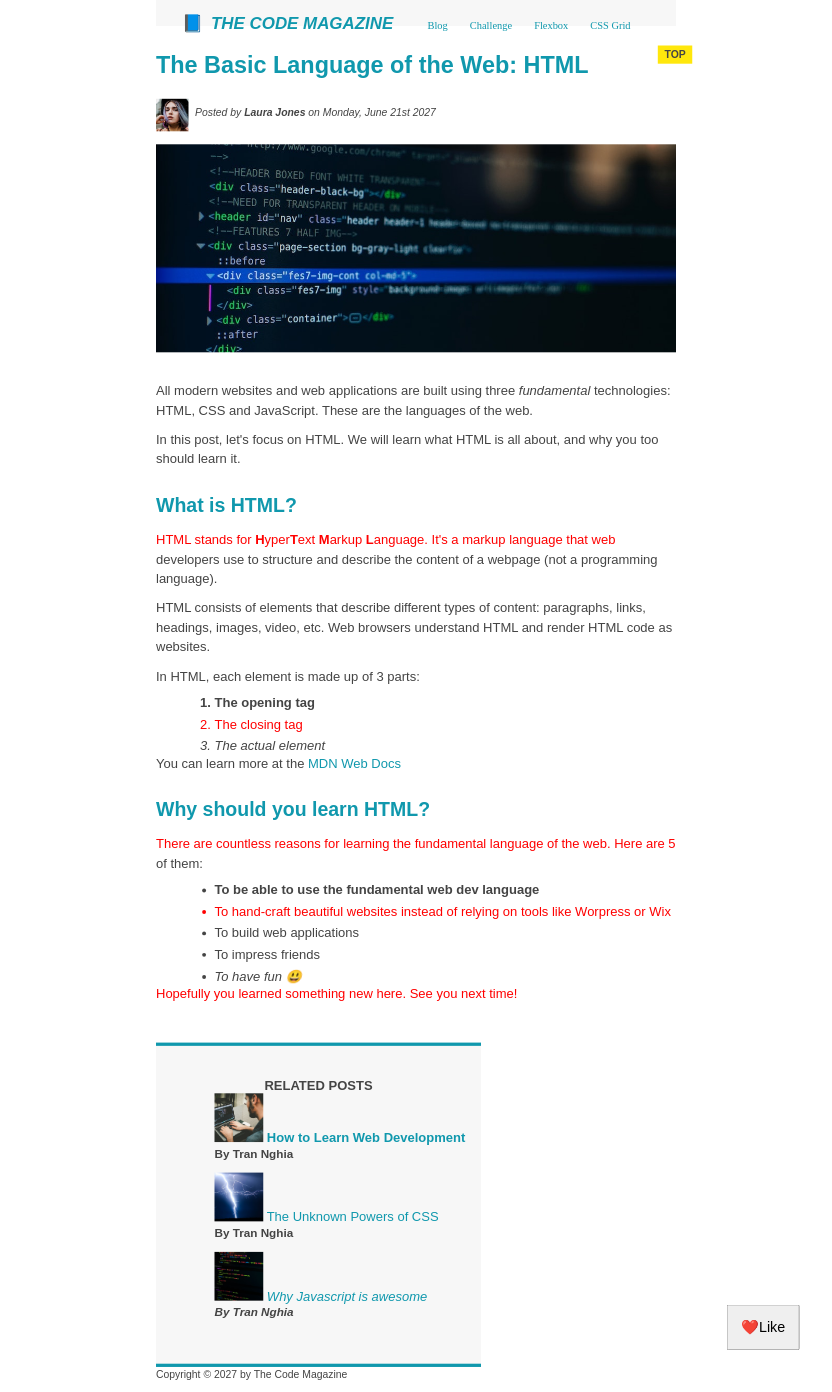
Repository: nghiakma/HTML-CSS-Fundamental
Page: HTML/index.html
The author's editor kept a copy of each file at every save. The page is drawn from the files as they stood at one save, then again after the next save.
The browser window is 1280 px wide. The pictures show the whole page, at 65% of full size.

Above is the page before, as saved 2023-08-22 15:39:29.

### HTML/index.html
<!DOCTYPE html>
<html lang="en">

<head>
  <meta charset="UTF-8">
  <meta name="viewport" content="width=device-width, initial-scale=1.0">
  <title>The Basic Language of the web: HTML</title>
  <link rel="stylesheet" href="/CSS/index.css">
  <link rel="stylesheet" href="/CSS/layout.css">
</head>

<body>

  <div class="container">
    <header class="main-header">
      <h1>📘 The Code Magazine</h1>
      <nav>
        <a href="#">Blog</a>
        <a href="#">Challenge</a>
        <a href="#">Flexbox</a>
        <a href="#">CSS Grid</a>
      </nav>
    </header>

    <article>
      <header class="post-header">
        <h2>The Basic Language of the Web: HTML</h2>
        <img class="author-img" src="./laura-jones.jpg" alt="Headshot of Laura Jones" height="50" width="50">
        <p id="author" class="author">
          Posted by <strong>Laura Jones</strong> on Monday, June 21st 2027</p>
        <img class="post-img" src="./post-img.jpg" alt="HTML code on a screen" width="500" height="200">
      </header>
      <p>
        All modern websites and web applications are built using three <em>fundamental</em> technologies: HTML, CSS and
        JavaScript.
        These are the languages of the web.
      </p>
      <p>
        In this post, let's focus on HTML. We will learn what HTML is all about, and why you too should learn it.
      </p>
      <h3>What is HTML?</h3>
      <p>
        HTML stands for <strong>H</strong>yper<strong>T</strong>ext <strong>M</strong>arkup <strong>L</strong>anguage.
        It's
        a markup language that web developers use to structure and describe
        the content of a webpage (not a programming language).
      </p>
      <p>
        HTML consists of elements that describe different types of content: paragraphs, links, headings, images, video,
        etc.
        Web browsers understand HTML and render HTML code as websites.
      </p>
      <p>In HTML, each element is made up of 3 parts:</p>
      <ol>
        <li>The opening tag</li>
        <li>The closing tag</li>
        <li>The actual element</li>
      </ol>
      <p>You can learn more at the <a href="https://developer.mozilla.org/en-US/docs/Web/HTML" target="_blank">MDN Web
          Docs</a></p>
      <h3>Why should you learn HTML?</h3>
      <p>There are countless reasons for learning the fundamental language of the web. Here are 5 of them:</p>
      <ul>
        <li>To be able to use the fundamental web dev language</li>
        <li>To hand-craft beautiful websites instead of relying on tools like Worpress or Wix</li>
        <li>To build web applications</li>
        <li>To impress friends</li>
        <li>To have fun 😃</li>
      </ul>
      <p>Hopefully you learned something new here. See you next time!</p>
    </article>

    <!--Thuong duoc su dung de bo sung thong tin cho trang chinh
  Xác định nội dung nằm bên cạnh nội dung của trang-->
    <aside>
      <h4>Related posts</h4>

      <ul class="related">
        <li>
          <img src="./related-1.jpg" alt="Person programming" width="75" height="75">
          <a href="#">How to Learn Web Development</a>
          <p class="related-author">By Tran Nghia</p>
        </li>
        <li>
          <img src="./related-2.jpg" alt="Powers" width="75" height="75">
          <a href="#">The Unknown Powers of CSS</a>
          <p class="related-author">By Tran Nghia</p>
        </li>
        <li>
          <img src="./related-3.jpg" alt="Javascript" width="75" height="75">
          <a href="#">Why Javascript is awesome</a>
          <p class="related-author">By Tran Nghia</p>
        </li>
      </ul>
    </aside>

    <footer>
      <p id="copyright">Copyright &copy; 2027 by The Code Magazine</p>
    </footer>
  </div>

  <button>❤️Like</button>
</body>

</html>

### CSS/index.css
* {
  box-sizing: border-box;
  margin: 0;
}
body {
  position: relative;
}
h1,
h2,
h3,
h4,
p,
li {
  font-family: sans-serif;
  color: #444;
}
h1,
h2,
h3 {
  color: #1098ad;
}
h1 {
  font-size: 26px;
  text-transform: uppercase;
  font-style: italic;
}
h1::first-letter {
  font-style: normal;
  margin-right: 5px;
}
h2::after {
  content: "TOP";
  background-color: #ffe70c;
  color: #444;
  font-size: 16px;
  font-weight: bold;
  display: inline-block;
  padding: 5px 10px;
  position: absolute;
  top: -10px;
  right: -25px;
}

h2 {
  font-size: 36px;
  margin-bottom: 30px;

  position: relative;
}
h2::first-letter {
  /* font-size: 80px; */
}
h3 {
  font-size: 30px;
  margin-bottom: 20px;
  margin-top: 40px;
}
h4 {
  font-size: 20px;
  text-transform: uppercase;
  text-align: center;
}
p {
  font-size: 20px;
  line-height: 1.5;
  margin-bottom: 15px;
}
/*Lay thang lien ke h3*/
h3 + p::first-line {
  color: red;
}
ul,
ol {
  margin-left: 50px;
}
li {
  font-size: 20px;
  margin-bottom: 10px;
}
li:last-child {
  margin-bottom: 0;
}
/* footer p {
  font-size: 16px;
} */
/* article header p {
  font-style: italic;
} */

#author {
  font-style: italic;
  font-size: 16px;
}
#copyright {
  font-size: 16px;
}
.related-author {
  font-size: 18px;
  font-weight: bold;
}
.related {
  list-style: none;
}
/*Le trai va phai giong nhau: tinh toan tu dong boi trinh duyet*/
.container {
  width: 800px;
  /* margin-left: auto;
  margin-right: auto; */
  margin: 0 auto;
}
.main-header {
  background-color: #f7f7f7;
  /* padding: 20px;
  padding-left: 20px;
  padding-right: 40px; */
  padding: 20px 40px;
  margin-bottom: 40px;
}
article {
  margin-bottom: 60px;
}
.post-header {
  margin-bottom: 40px;
}
/*dung height: auto ; dua ti le khung hinh ve nhu ban dau*/
.post-img {
  width: 100%;
  height: auto;
}
aside {
  background-color: #f7f7f7;
  border-top: 5px solid #1098ad;
  border-bottom: 5px solid #1098ad;
  padding: 50px 0;
  width: 500px;
}
li:first-child {
  font-weight: bold;
}
li:last-child {
  font-style: italic;
}
li:nth-child(2) {
  color: red;
}
article p:last-child {
  color: red;
}
a:link {
  color: #1098ad;
  text-decoration: none;
}
a:visited {
  color: #1098ad;
}
a:hover {
  color: orangered;
  font-weight: bold;
  text-decoration: underline orangered;
}
a:active {
  background-color: black;
  font-style: italic;
}
nav {
  font-size: 16px;
  text-align: center;
}
nav a:link {
  /* background-color: orangered;
  margin: 20px;
  padding: 20px;
  display: block; */
  margin-right: 30px;
  margin-top: 10px;
  display: inline-block;
}
button {
  font-size: 22px;
  padding: 20px;
  cursor: pointer;
  position: absolute;
  /* top: 0;
  left: 0; */
  /* bottom: 0;
  left: 0; */
  /* top: 50px;
  left: 50px; */
  bottom: 50px;
  right: 50px;
}

### CSS/layout.css
.author-img {
  float: left;
  margin-bottom: 20px;
}
.author {
  float: left;
  margin-left: 10px;
  padding-top: 10px;
}
h1 {
  float: left;
}
/*khong con noi dung nua chieu cao = 0*/
/*Phan tu header se bien mat vi nhung phan tu h1 va nav se dc tha noi va nhu the nhung phan tu nay ko con tren trang nua*/
nav {
  float: right;
}
/*Cach khac phuc: clearing floats, xoa di phan tu noi*/
.clear {
  clear: both;
}

After the next save:
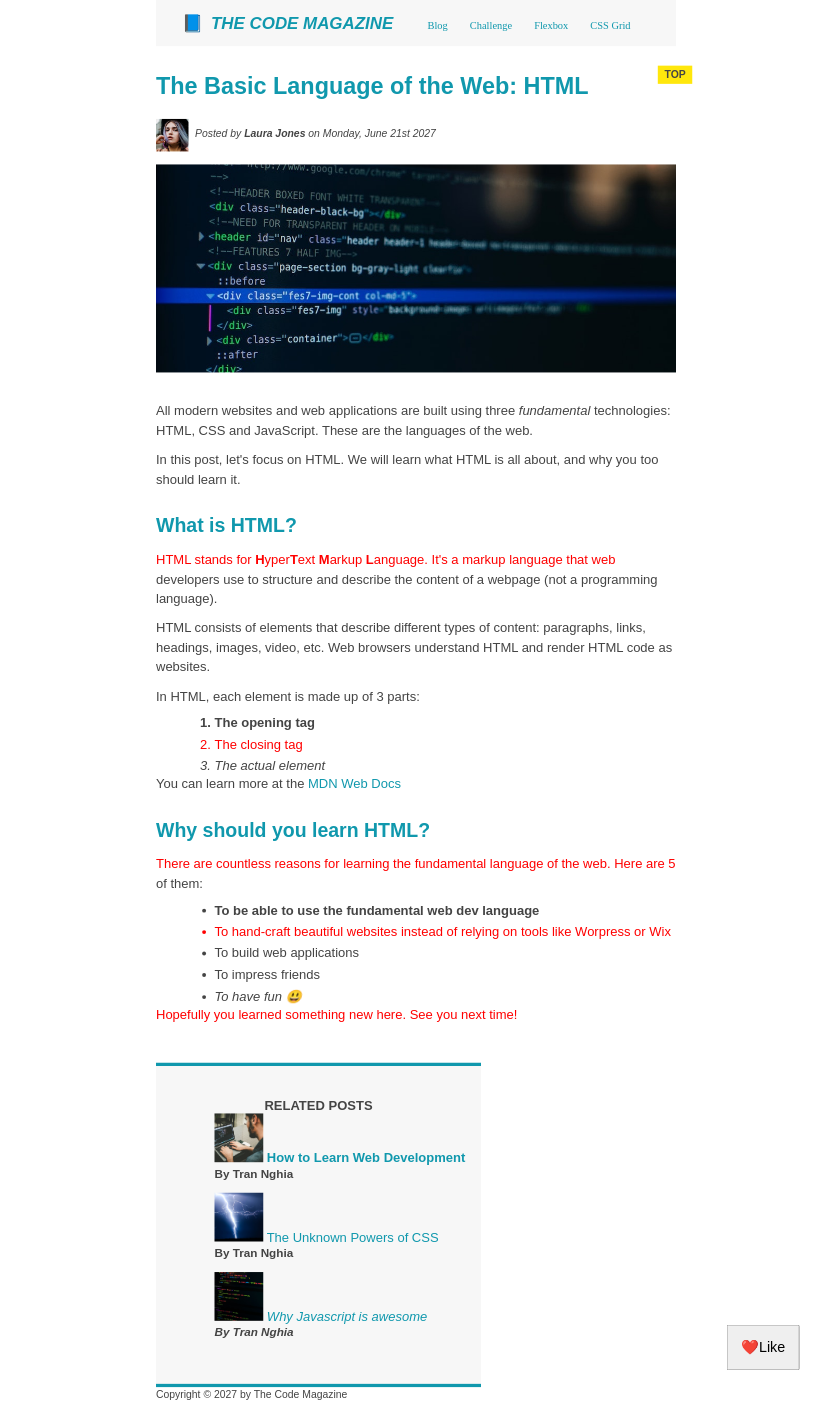
Saved 37 s later.
--- a/HTML/index.html
+++ b/HTML/index.html
@@ -20,6 +20,7 @@
         <a href="#">Flexbox</a>
         <a href="#">CSS Grid</a>
       </nav>
+      <div class="clear"></div>
     </header>
 
     <article>

After the 3 saves that followed:
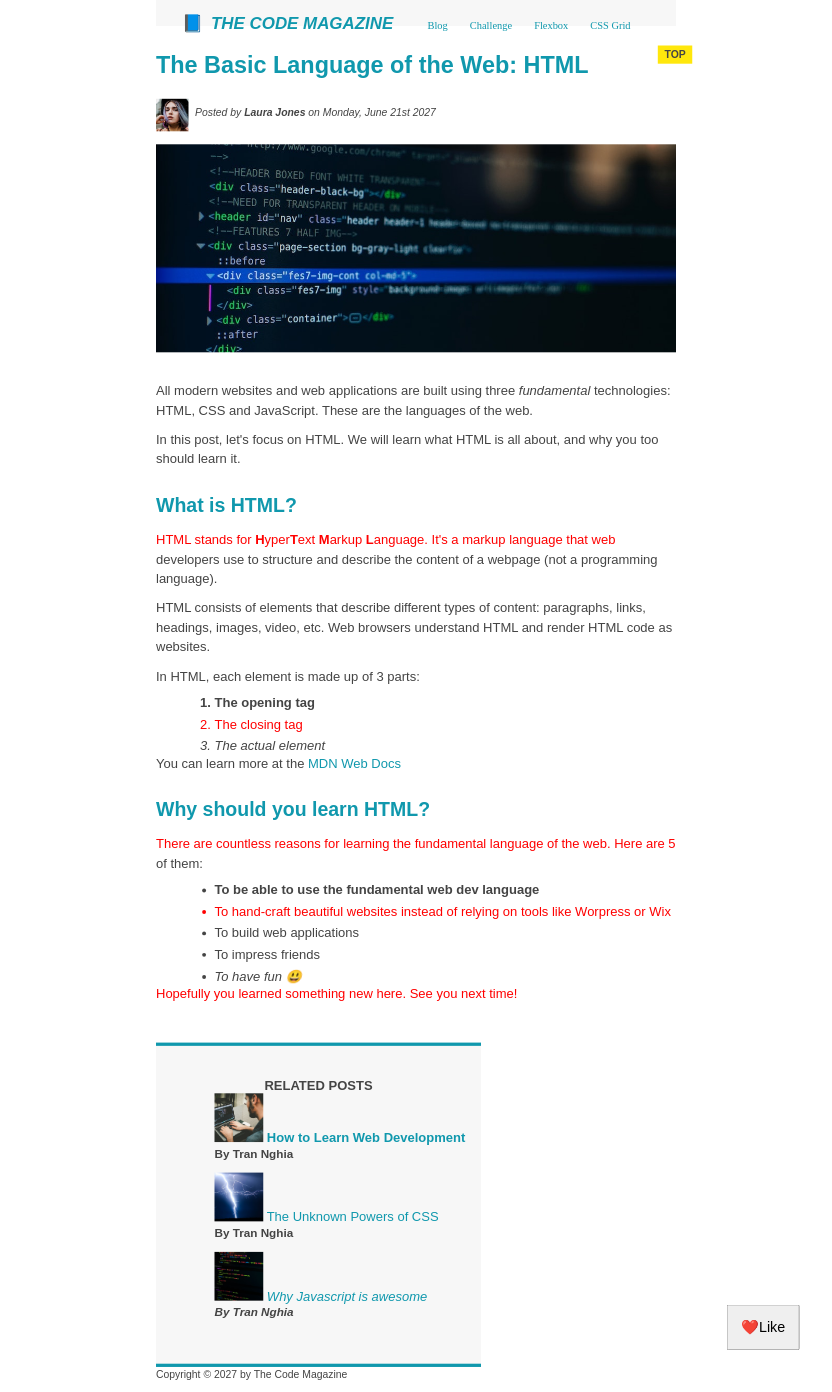
The 3 saves are shown as one change because 2 left the picture as it was.
The last was saved 5 min 14 s later.
--- a/HTML/index.html
+++ b/HTML/index.html
@@ -20,7 +20,7 @@
         <a href="#">Flexbox</a>
         <a href="#">CSS Grid</a>
       </nav>
-      <div class="clear"></div>
+      <!-- <div class="clear"></div> -->
     </header>
 
     <article>
--- a/CSS/layout.css
+++ b/CSS/layout.css
@@ -15,7 +15,9 @@ h1 {
 nav {
   float: right;
 }
-/*Cach khac phuc: clearing floats, xoa di phan tu noi*/
+/*Cach khac phuc: clearing floats, xoa di phan tu noi
+ap dung clearfix cho mot phan tu dam bao phan tu do khong bi anh huong boi cac phan tu da su dung float
+*/
 .clear {
   clear: both;
 }
